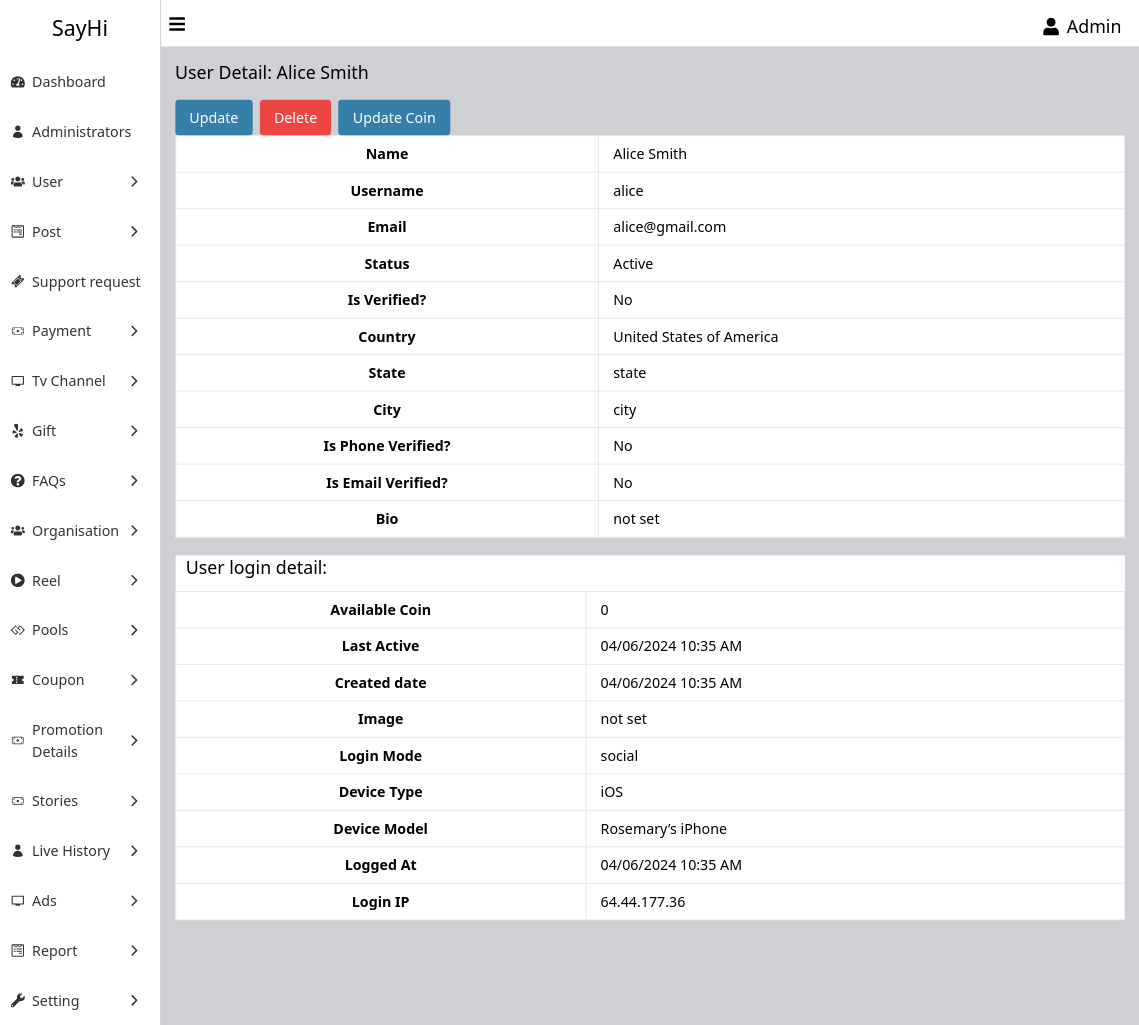
Repository: Husein8/Dashboard
Page: /userDetails/1
An editor plug-in stored every save of this project. The page is shown before and after the next save, followed by the edit.
The browser window is 1280 px wide. The pictures show the whole page, at 89% of full size.
The project was rebuilt for these pictures with package versions that can differ from the ones it lists, and the page was loaded fresh each time. Also part of the build but not shown: vite.config.js, src/components/Login.jsx, src/components/Charts.jsx, src/components/LatestPost.jsx, src/components/NewUsersData.jsx, src/components/NewUsers.jsx, src/components/TableUsersData.jsx, src/components/Footer.jsx and 13 more.

Above is the page before, as saved 2024-06-09 20:49:06.

### src/App.jsx
import React, { useState } from "react";
import { BrowserRouter as Router, Route, Routes } from "react-router-dom";
import Login from "./components/Login";
import Dashboard from "./components/Dashboard";
import OnboardSettings from "./Pages/OnboardSettings";
import AdminSettings from "./Pages/AdminSettings";
import ContactInfo from "./Pages/ContactInfo";
import { AdminSettingsProvider } from "./context/AdminSettingsContext";
import MainLayout from "./components/MainLayout";
import Users from "./Pages/Users";
import UserDetails from "./Pages/UserDetails";
import UpdateUser from "./Pages/UpdateUser";
import UpdateCoinUser from "./Pages/UpdateCoinUser";
import { UserProvider } from "./context/UserContext";

const App = () => {
  const [login, setLogin] = useState(true);

  return (
    <AdminSettingsProvider>
      <UserProvider>
        <Router>
          <Routes>
            <Route
              index
              element={<Login login={login} setLogin={setLogin} />}
            />
            <Route element={<MainLayout login={login} setLogin={setLogin} />}>
              <Route path="/dashboard" element={<Dashboard />} />
              <Route path="/dashboard/settings" element={<OnboardSettings />} />
              <Route path="/adminSettings" element={<AdminSettings />} />
              <Route path="/contactInfo" element={<ContactInfo />} />
              <Route path="/users" element={<Users />} />
              <Route path="/userDetails/:id" element={<UserDetails />} />
              <Route path="/update/:id" element={<UpdateUser />} />
              <Route path="/update-coin/:id" element={<UpdateCoinUser />} />
            </Route>
          </Routes>
        </Router>
      </UserProvider>
    </AdminSettingsProvider>
  );
};

export default App;

### src/index.css
@import "tailwindcss/base";
@import "tailwindcss/components";
@import "tailwindcss/utilities";

.bg-svg {
  background-image: url("wave.png");
}

### src/context/AdminSettingsContext.jsx
import React, { createContext, useState, useContext, useEffect } from "react";

const AdminSettingsContext = createContext();

const defaultSettings = {
  isUsernameRequired: false,
  isEmailRequired: false,
  isPhoneRequired: false,
  isAddressRequired: false,
  isDateOfBirthRequired: false,
  isFirstNameRequired: false,
  isLastNameRequired: false,
  isGenderRequired: false,
  isLocationRequired: false,
  isInterestsRequired: false,
  isPhotoRequired: false,
  isBioRequired: false,
  bioMaxLength: 200,
  isFindFriendsVisible: false,
  interestsList: ["Football", "Chess", "Reading", "Traveling", "Cooking"],
};

export const AdminSettingsProvider = ({ children }) => {
  const [settings, setSettings] = useState(() => {
    const savedSettings = localStorage.getItem("adminSettings");
    return savedSettings ? JSON.parse(savedSettings) : defaultSettings;
  });

  useEffect(() => {
    localStorage.setItem("adminSettings", JSON.stringify(settings));
  }, [settings]);

  const toggleSetting = (setting) => {
    setSettings((prevSettings) => ({
      ...prevSettings,
      [setting]: !prevSettings[setting],
    }));
  };

  const setBioMaxLength = (length) => {
    setSettings((prevSettings) => ({
      ...prevSettings,
      bioMaxLength: length,
    }));
  };

  const addInterest = (interest) => {
    setSettings((prevSettings) => ({
      ...prevSettings,
      interestsList: [...prevSettings.interestsList, interest],
    }));
  };

  const removeInterest = (interest) => {
    setSettings((prevSettings) => ({
      ...prevSettings,
      interestsList: prevSettings.interestsList.filter(
        (item) => item !== interest
      ),
    }));
  };

  return (
    <AdminSettingsContext.Provider
      value={{
        settings,
        toggleSetting,
        setBioMaxLength,
        addInterest,
        removeInterest,
      }}
    >
      {children}
    </AdminSettingsContext.Provider>
  );
};

export const useAdminSettings = () => useContext(AdminSettingsContext);

### src/components/MainLayout.jsx
import React, { useEffect, useState } from "react";
import { Outlet } from "react-router-dom";
import Sidebar from "./Sidebar";
import HeaderSidebarAdmin from "./HeaderSidebarAdmin";

const MainLayout = ({ login, setLogin }) => {
  const [sidebarOpen, setSidebarOpen] = useState(false);

  const toggleSidebar = () => {
    setSidebarOpen((prevSidebarOpen) => !prevSidebarOpen);
  };

  useEffect(() => {
    const handleResize = () => {
      if (window.innerWidth >= 760) {
        setSidebarOpen(true);
      } else {
        setSidebarOpen(false);
      }
    };

    handleResize();

    window.addEventListener("resize", handleResize);
    return () => window.removeEventListener("resize", handleResize);
  }, []);

  return (
    <div className="flex">
      <div className="w-1/10 bg-opacity-20 bg-white">
        {login ? (
          <Sidebar
            sidebarOpen={sidebarOpen}
            toggleSidebar={toggleSidebar}
            setSidebarOpen={setSidebarOpen}
            login={login}
          />
        ) : (
          ""
        )}
      </div>
      <div className="w-full bg-gray-900 bg-opacity-20">
        <HeaderSidebarAdmin toggleSidebar={toggleSidebar} login={login} />
        <div className="w-full bg-bgMainContent">
          <Outlet />
        </div>
      </div>
    </div>
  );
};

export default MainLayout;

### src/Pages/UserDetails.jsx
// UserDetails.jsx
import React, { useContext } from "react";
import { useNavigate, useParams } from "react-router-dom";
import { UserContext } from "../context/UserContext";

const UserDetails = () => {
  const { id } = useParams();
  const { users } = useContext(UserContext);
  const user = users[id];
  const navigate = useNavigate();

  const handleUpdateClick = () => {
    navigate(`/update/${id}`);
  };

  const handleUpdateCoinClick = () => {
    navigate(`/update-coin/${id}`);
  };

  const handleDeleteClick = () => {
    // Logic to delete the user
    console.log(`User with ID ${id} deleted`);
    navigate("/users");
  };

  if (!user) {
    return <div>User not found</div>;
  }

  return (
    <div className="container mx-auto p-4">
      <h2 className="text-xl mb-3 font-medium">User Detail: {user.name}</h2>
      <div className="mt-4">
        <button
          onClick={handleUpdateClick}
          className="mr-2 bg-buttonsColor text-white px-4 py-2 rounded"
        >
          Update
        </button>
        <button
          onClick={handleDeleteClick}
          className="mr-2 bg-red-500 text-white px-4 py-2 rounded"
        >
          Delete
        </button>
        <button
          onClick={handleUpdateCoinClick}
          className="bg-buttonsColor text-white px-4 py-2 rounded"
        >
          Update Coin
        </button>
      </div>
      <div className="overflow-x-auto">
        <table className="min-w-full bg-white border border-gray-200">
          <tbody>
            <tr>
              <th className="py-2 px-4 border">Name</th>
              <td className="py-2 px-4 border">{user.name}</td>
            </tr>
            <tr>
              <th className="py-2 px-4 border">Username</th>
              <td className="py-2 px-4 border">{user.username}</td>
            </tr>
            <tr>
              <th className="py-2 px-4 border">Email</th>
              <td className="py-2 px-4 border">{user.email}</td>
            </tr>
            <tr>
              <th className="py-2 px-4 border">Status</th>
              <td className="py-2 px-4 border">{user.status}</td>
            </tr>
            <tr>
              <th className="py-2 px-4 border">Is Verified?</th>
              <td className="py-2 px-4 border">
                {user.isVerified ? "Yes" : "No"}
              </td>
            </tr>
            <tr>
              <th className="py-2 px-4 border">Country</th>
              <td className="py-2 px-4 border">{user.country}</td>
            </tr>
            <tr>
              <th className="py-2 px-4 border">State</th>
              <td className="py-2 px-4 border">{user.state}</td>
            </tr>
            <tr>
              <th className="py-2 px-4 border">City</th>
              <td className="py-2 px-4 border">{user.city}</td>
            </tr>
            <tr>
              <th className="py-2 px-4 border">Is Phone Verified?</th>
              <td className="py-2 px-4 border">
                {user.isPhoneVerified ? "Yes" : "No"}
              </td>
            </tr>
            <tr>
              <th className="py-2 px-4 border">Is Email Verified?</th>
              <td className="py-2 px-4 border">
                {user.isEmailVerified ? "Yes" : "No"}
              </td>
            </tr>
            <tr>
              <th className="py-2 px-4 border">Bio</th>
              <td className="py-2 px-4 border">
                {user.bio ? user.bio : "not set"}
              </td>
            </tr>
          </tbody>
        </table>
        <div className=" bg-white">
          <h2 className="mt-5 mb-3 pl-3 text-xl font-normal ">
            User login detail:
          </h2>
          <table className="min-w-full bg-white border border-gray-200">
            <tbody>
              <tr>
                <th className="py-2 px-4 border">Available Coin</th>
                <td className="py-2 px-4 border">{user.availableCoin}</td>
              </tr>
              <tr>
                <th className="py-2 px-4 border">Last Active</th>
                <td className="py-2 px-4 border">{user.lastActive}</td>
              </tr>
              <tr>
                <th className="py-2 px-4 border">Created date</th>
                <td className="py-2 px-4 border">{user.createdDate}</td>
              </tr>
              <tr>
                <th className="py-2 px-4 border">Image</th>
                <td className="py-2 px-4 border">
                  {user.image ? user.image : "not set"}
                </td>
              </tr>
              <tr>
                <th className="py-2 px-4 border">Login Mode</th>
                <td className="py-2 px-4 border">{user.loginMode}</td>
              </tr>
              <tr>
                <th className="py-2 px-4 border">Device Type</th>
                <td className="py-2 px-4 border">{user.deviceType}</td>
              </tr>
              <tr>
                <th className="py-2 px-4 border">Device Model</th>
                <td className="py-2 px-4 border">{user.deviceModel}</td>
              </tr>
              <tr>
                <th className="py-2 px-4 border">Logged At</th>
                <td className="py-2 px-4 border">{user.loggedAt}</td>
              </tr>
              <tr>
                <th className="py-2 px-4 border">Login IP</th>
                <td className="py-2 px-4 border">{user.loginIp}</td>
              </tr>
            </tbody>
          </table>
        </div>
      </div>
    </div>
  );
};

export default UserDetails;

### src/components/IconsData.jsx
import { useState } from "react";
import { FaArrowCircleRight, FaBars, FaUser } from "react-icons/fa";
import { AiOutlineUser } from "react-icons/ai";
import { IoVideocamOutline } from "react-icons/io5";
import { FaPlayCircle, FaHistory } from "react-icons/fa";
import { useNavigate } from "react-router-dom";

const iconsData = [
  {
    icon: <AiOutlineUser className="text-white text-5xl" />,
    title: "USERS",
    count: "10",
    moreInfo: "More info",
    color: "bg",
  },
  {
    icon: <IoVideocamOutline className="text-white text-5xl" />,
    title: "POSTS",
    count: "0",
    moreInfo: "More info",
    color: "bg-red-600",
  },
  {
    icon: <FaPlayCircle className="text-white text-5xl" />,
    title: "REELS",
    count: "0",
    moreInfo: "More info",
    color: "bg-green-700",
  },
  {
    icon: <FaHistory className="text-white text-5xl" />,
    title: "STORY",
    count: "0",
    moreInfo: "More info",
    color: "bg-red-600",
  },
];

function IconsData() {
  return (
    <div className="bg-icons">
      {/* <div className="flex items-center justify-between pl-2 py-2 bg-white">
        <div className="">
          <button onClick={toggleSidebar} className="text-xl pt-2">
            <FaBars />
          </button>
        </div>
        <div className="flex items-center gap-2 relative ">
          <div className="flex items-center gap-2 cursor-pointer text-xl pt-2 pr-5">
            <FaUser onClick={handleAdminClick} />
            <span onClick={handleAdminClick}>Admin</span>
          </div>
        </div>
        {showAdminContainer ? (
          <div className="absolute top-16 right-10 md:right-5 bg-white border w-60 md:w-64  border-black shadow-lg rounded-md ">
            <div className="">
              <div className="flex flex-col items-center pt-10 bg-black text-white">
                <FaUser className="text-7xl mb-2" />
                <p>Admin</p>
                <p className="mb-6 text-sm">Member since May 2024</p>
              </div>
              <div className="flex justify-between w-full mt-3">
                <button
                  onClick={handleSettingsClick}
                  className="text-black px-4 py-2 rounded  border hover:border-black"
                >
                  Settings
                </button>
                <button
                  className="text-black px-4 py-2 rounded border hover:border-black"
                  onClick={handleLogout}
                >
                  Logout
                </button>
              </div>
            </div>
          </div>
        ) : (
          ""
        )}
      </div> */}

      <h1 className="pt-5 text-3xl mb-5 px-2">Dashboard</h1>
      <div className="grid grid-cols-2 sm:grid-cols-2 md:grid-cols-3 lg:grid-cols-4 gap-4 pr-4 py-4 pl-3">
        {iconsData.map((item, index) => (
          <div key={index} className="flex bg-white">
            <div
              className={`container-picture flex items-center justify-center text-5xl ${item.color} px-3 py-4 border rounded-tl rounded-bl`}
            >
              {item.icon}
            </div>

            <div className="flex flex-col bg-white bg-opacity-50 w-full pl-2 ">
              <span className="text-sm">{item.title}</span>
              <span className="text-base font-bold">{item.count}</span>
              <div className="flex flex-row items-center text-blue-500 gap-1">
                <span className="text-sm">{item.moreInfo}</span>
                <FaArrowCircleRight />
              </div>
            </div>
          </div>
        ))}
      </div>
    </div>
  );
}

export default IconsData;

### src/components/HeaderSidebarAdmin.jsx
import { useState } from "react";
import { FaBars, FaUser } from "react-icons/fa";
import { useNavigate } from "react-router-dom";

function HeaderSidebarAdmin({ toggleSidebar, login }) {
  const navigate = useNavigate();
  const [showAdminContainer, setShowAdminContainer] = useState(false);

  const handleAdminClick = () => {
    if (!login) {
      navigate("/");
    } else {
      setShowAdminContainer(!showAdminContainer);
    }
  };

  const handleLogout = () => {
    navigate("/");
  };

  // handleSettingsClick;

  const handleSettingsClick = () => {
    navigate("settings");
  };

  return (
    <div>
      <div className="flex items-center justify-between pl-2 py-2 bg-white">
        <div className="">
          <button onClick={toggleSidebar} className="text-xl pt-2">
            <FaBars />
          </button>
        </div>
        <div className="flex items-center gap-2 relative ">
          <div className="flex items-center gap-2 cursor-pointer text-xl pt-2 pr-5">
            <FaUser onClick={handleAdminClick} />
            <span onClick={handleAdminClick}>Admin</span>
          </div>
        </div>
        {showAdminContainer ? (
          <div className="absolute top-16 right-10 md:right-5 bg-white border w-60 md:w-64  border-black shadow-lg rounded-md ">
            <div className="">
              <div className="flex flex-col items-center pt-10 bg-black text-white">
                <FaUser className="text-7xl mb-2" />
                <p>Admin</p>
                <p className="mb-6 text-sm">Member since May 2024</p>
              </div>
              <div className="flex justify-between w-full mt-3">
                <button
                  onClick={handleSettingsClick}
                  className="text-black px-4 py-2 rounded  border hover:border-black"
                >
                  Settings
                </button>
                <button
                  className="text-black px-4 py-2 rounded border hover:border-black"
                  onClick={handleLogout}
                >
                  Logout
                </button>
              </div>
            </div>
          </div>
        ) : (
          ""
        )}
      </div>
    </div>
  );
}

export default HeaderSidebarAdmin;

### src/components/StatusData.jsx
import { FaDollarSign, FaEnvelope, FaFileAlt } from "react-icons/fa";

const cardData = [
  {
    icon: <FaEnvelope className="text-white text-4xl md:text-5xl" />,
    bgColor: "bg-yellow-500",
    header: "SUPPORT REQUESTS",
    count: 20,
    description: "5 requests is pending for reply",
  },
  {
    icon: <FaFileAlt className="text-white text-4xl md:text-5xl" />,
    bgColor: "bg-red-500",
    header: "USERS LIVE HISTORY",
    count: 1201,
    description: "0 Users live now",
  },
  {
    icon: <FaDollarSign className="text-white text-4xl md:text-5xl" />,
    bgColor: "bg-green-500",
    header: "PAYMENTS",
    count: "$1415",
    description: "$0 in 30 Days",
  },
];

function InfoData() {
  return (
    <div className="mt-10 lg:mt-0">
      {cardData.map((card, index) => (
        <div key={index} className={`shadow-lg ${card.bgColor}`}>
          <div className="flex items-center mb-4 p-2">
            <div className="ml-2 mr-5">{card.icon}</div>
            <div className="flex flex-col text-white">
              <span className="text-sm md:text-base">{card.header}</span>
              <span className="text-sm md:text-base">{card.count}</span>
              <p className="text-sm md:text-base">{card.description}</p>
            </div>
          </div>
        </div>
      ))}
    </div>
  );
}

export default InfoData;

Loaded but not shown: index.html (common file); src/main.jsx (common file); tailwind.config.js (21 lines, source omitted); src/components/Sidebar.jsx (508 lines, source omitted); src/context/UserContext.jsx (234 lines, source omitted)

After the next save:
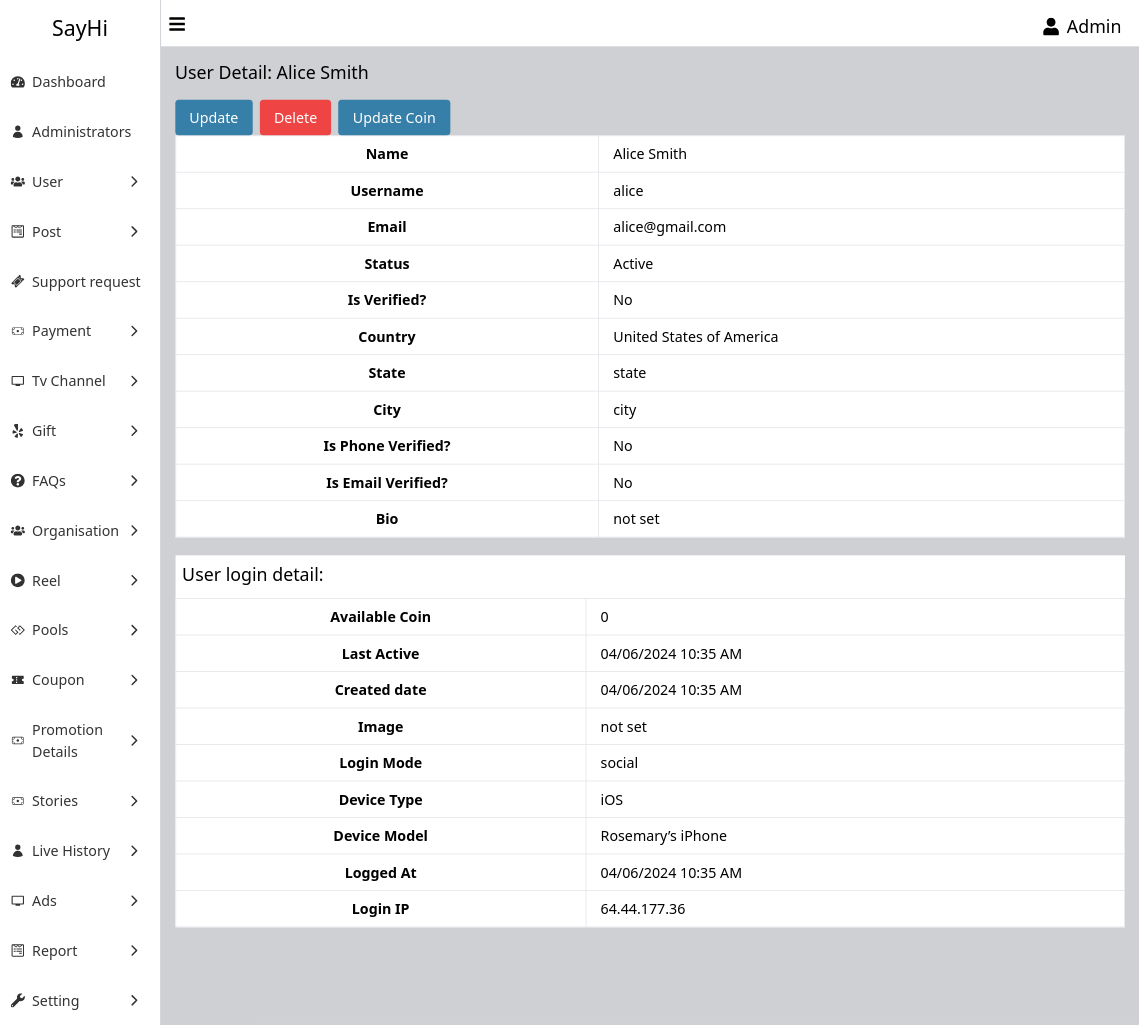
Saved 8 s later.
--- a/src/Pages/UserDetails.jsx
+++ b/src/Pages/UserDetails.jsx
@@ -108,7 +108,7 @@ const UserDetails = () => {
           </tbody>
         </table>
         <div className=" bg-white">
-          <h2 className="mt-5 mb-3 pl-3 text-xl font-normal ">
+          <h2 className="mt-5 mb-3 pl-2 pt-2 text-xl font-normal ">
             User login detail:
           </h2>
           <table className="min-w-full bg-white border border-gray-200">
